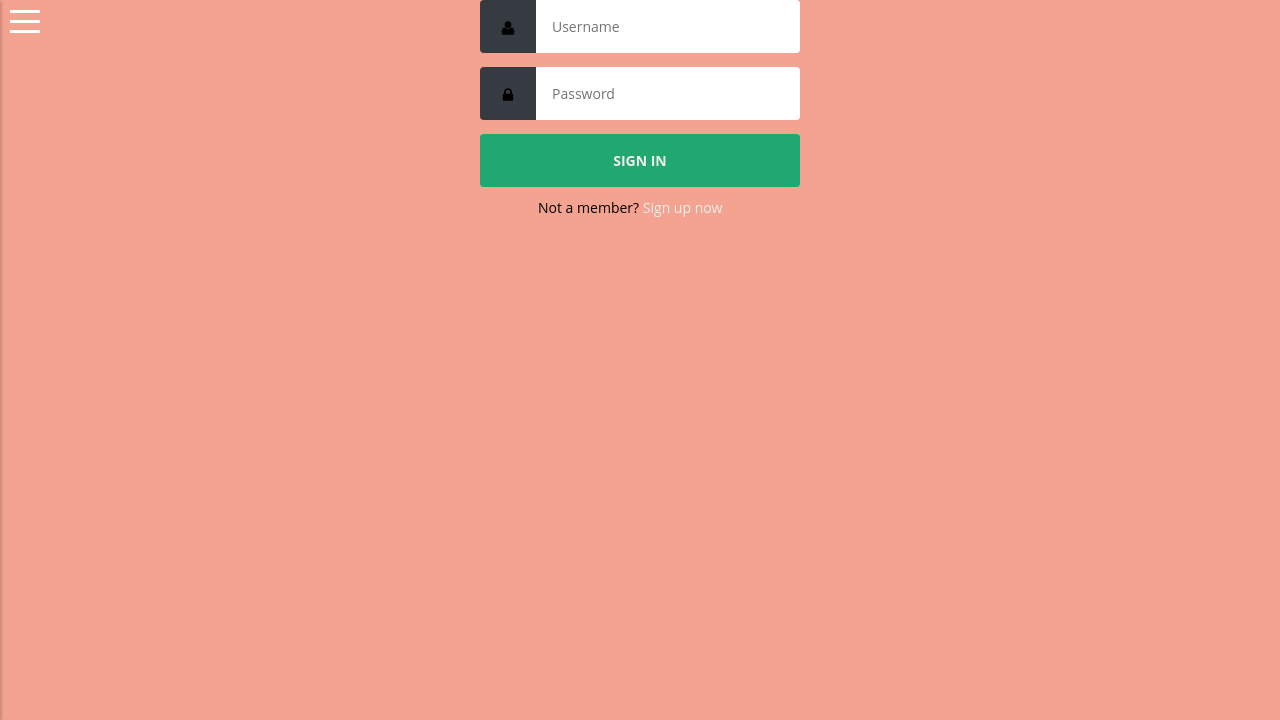
Repository: se-yoo/ChangeSeat
Page: http://localhost/ChangeSeat/signUp.jsp
These files come from the project's save history. The page is drawn as it stood at one moment and after the next save; the edit follows.
The browser window is 1280 px wide. The pictures show the whole page.
Some web libraries are served in a nearby version. The page is served by Tomcat 9.

Above is the page before, as saved 2018-06-25 09:36:30.

### ChangeSeat/WebContent/signUp.jsp
<%@ page language="java" contentType="text/html; charset=UTF-8"
    pageEncoding="UTF-8"%>
<jsp:forward page="templateTest.jsp">
	<jsp:param name="CONTENTPAGE" value="loginProc.jsp"/>
</jsp:forward>

### ChangeSeat/WebContent/templateTest.jsp
<%@ page language="java" contentType="text/html; charset=UTF-8"
    pageEncoding="UTF-8"%>
<!DOCTYPE html>
<html>
<head>
<meta charset="UTF-8">
<title>자리바꾸기</title>
<meta name="viewport" content="width=device-width, initial-scale=1">
 <title>Side Menu</title>
 <link rel="stylesheet" href="templateStyle.css">
 <link href='https://fonts.googleapis.com/css?family=Pacifico' rel='stylesheet' type='text/css'>
 <script src="//ajax.googleapis.com/ajax/libs/jquery/1.6.1/jquery.min.js" type="text/javascript"></script>
 <script>
$(document).ready(function(){
  /*
  $(".first").mouseover(function(){
    $(".second").css("background-color", '#6b81d5');
    $(".first").css("background-color", '#D56B81');

  });
  $(".second").mouseover(function(){
    $(".second").css("background-color", '#8a6bd5');
    $(".first").css("background-color", '#6bd5bf');

  });
  */
  $(".wrap").click(function(){
    $(".top").toggleClass("addedtop");
    $(".mid").toggleClass("addedmid");
    $(".bot").toggleClass("addedbot");
$(".side").toggleClass("triggered");
    $(".sidebtn").toggleClass("sideopacity");


  });

}); //final
</script>
</head>
<body>
<%
	String contentpage=request.getParameter("CONTENTPAGE");
%>
  <div class="wrap">
<span class="line top"></span>
  <span class="line mid"></span>
  <span class="line bot"></span>
  </div>
  <div class="side">
    <a href="main.jsp" class="sidebtn">홈</a>
    <a href="#" class="sidebtn">자리바꾸기</a>
    <a href="#" class="sidebtn">조편성</a>
    <a href="#" class="sidebtn">정보관리</a>
  </div>
  <jsp:include page="<%= contentpage %>"></jsp:include>
</body>
</html>

### ChangeSeat/WebContent/loginProc.jsp
<%@ page language="java" contentType="text/html; charset=UTF-8"
	pageEncoding="UTF-8"%>
<!DOCTYPE html>
<html>
<head>
<meta content="text/html; charset=UTF-8">
<title></title>
 <link rel="stylesheet" href="loginStyle.css">
</head>
<body>
	<div class="grid">

    <form action="https://httpbin.org/post" method="POST" class="form login">

      <div class="form__field">
        <label for="login__username"><svg class="icon"><use xmlns:xlink="http://www.w3.org/1999/xlink" xlink:href="#user"></use></svg><span class="hidden">Username</span></label>
        <input id="login__username" type="text" name="username" class="form__input" placeholder="Username" required>
      </div>

      <div class="form__field">
        <label for="login__password"><svg class="icon"><use xmlns:xlink="http://www.w3.org/1999/xlink" xlink:href="#lock"></use></svg><span class="hidden">Password</span></label>
        <input id="login__password" type="password" name="password" class="form__input" placeholder="Password" required>
      </div>

      <div class="form__field">
        <input type="submit" value="Sign In">
      </div>

    </form>

    <p class="text--center">Not a member? <a href="#">Sign up now</a> <svg class="icon"><use xmlns:xlink="http://www.w3.org/1999/xlink" xlink:href="assets/images/icons.svg#arrow-right"></use></svg></p>

  </div>

	  <svg xmlns="http://www.w3.org/2000/svg" class="icons"><symbol id="arrow-right" viewBox="0 0 1792 1792">
	  <path d="M1600 960q0 54-37 91l-651 651q-39 37-91 37-51 0-90-37l-75-75q-38-38-38-91t38-91l293-293H245q-52 0-84.5-37.5T128 1024V896q0-53 32.5-90.5T245 768h704L656 474q-38-36-38-90t38-90l75-75q38-38 90-38 53 0 91 38l651 651q37 35 37 90z"/>
	  </symbol><symbol id="lock" viewBox="0 0 1792 1792">
	  <path d="M640 768h512V576q0-106-75-181t-181-75-181 75-75 181v192zm832 96v576q0 40-28 68t-68 28H416q-40 0-68-28t-28-68V864q0-40 28-68t68-28h32V576q0-184 132-316t316-132 316 132 132 316v192h32q40 0 68 28t28 68z"/>
	  </symbol><symbol id="user" viewBox="0 0 1792 1792"><path d="M1600 1405q0 120-73 189.5t-194 69.5H459q-121 0-194-69.5T192 1405q0-53 3.5-103.5t14-109T236 1084t43-97.5 62-81 85.5-53.5T538 832q9 0 42 21.5t74.5 48 108 48T896 971t133.5-21.5 108-48 74.5-48 42-21.5q61 0 111.5 20t85.5 53.5 62 81 43 97.5 26.5 108.5 14 109 3.5 103.5zm-320-893q0 159-112.5 271.5T896 896 624.5 783.5 512 512t112.5-271.5T896 128t271.5 112.5T1280 512z"/></symbol></svg>

</body>
</html>

### ChangeSeat/WebContent/templateStyle.css
@CHARSET "UTF-8";
@font-face{
	font-family:yangFont;
	src:url('yangfont05.ttf') format('truetype');
}
@font-face{
	font-family:Nanum;
	src:url('NanumBarunGothicLight.ttf') format('truetype');
}
body {
  background-color:#f4a391;
  margin: 0;
  padding: 0;
  font-family:Nanum;
}
html,body {
 height:100%;
}
.line {
 display: block;
  height:3px;
  width:30px;
  background-color:white;
  margin-top:5px;
  position: absolute;
  top:0;

  transition: all .4s ease-in-out;
}
.wrap {
 height:80px;
  position: relative;
  top:5px;
  left:10px;
  width: 30px;
  z-index: +150;
  cursor: pointer;
  height:30px;
  position: fixed;
}

.mid {
 top:10px;
}
.bot {
top:20px;
}

.addedmid {
  transform: rotate(135deg);
}
.addedtop {
  transform: rotate(45deg);
  top:10px;
}
.addedbot {
 opacity: 0;
}
.side {
	font-family: yangFont;
	width:20%;
  	position: fixed;
  	height:100%;
  	text-align: center;
  	left:-20%;
  	z-index: 80;
  	box-shadow: 0 1px 4px 0 rgba(0,0,0,0.37);
  	top:0;
  	background-color: #21a770;
  	transition: all .5s ease-in-out;
}
.sidebtn {
 text-decoration: none;
  display: block;
  color:white;
  font-size:35px;
  opacity:0;
  width:50%;
  position: relative;
  left:25%;
  top:25%;
  white-space: nowrap;
  line-height:100px;
  transition:all .25s ease-in-out;

}
.sideopacity  {
 opacity: 1;
  transition: all 1s ease-in-out;
}
.sidebtn:hover {
  text-shadow: 2px 2px rgba(0, 0, 0, 0.38);
}
.triggered {
 left:0;
}
.sidebtn::after {
 content: '';
  position: absolute;
  bottom:0;
  left:50%;
  width:0%;
  height:5px;
  background-color: white;
  transition: all .3s ease-out;
}
.sidebtn:hover::after {
 width: 100%;
  left:0;
  box-shadow: 2px 2px rgba(0, 0, 0, 0.38);
}

### ChangeSeat/WebContent/loginStyle.css
@CHARSET "UTF-8";
@font-face{
	font-family:yangFont;
	src:url('yangfont05.ttf') format('truetype');
}
@font-face{
	font-family:Nanum;
	src:url('NanumBarunGothicLight.ttf') format('truetype');
}
body{
	text-align:center;
	font-size:1.2em;
  color: var(--bodyColor);
  font-family: var(--bodyFontFamily), var(--bodyFontFamilyFallback);
  font-size: var(--bodyFontSize);
  font-weight: var(--bodyFontWeight);
  height: 100%;
  line-height: var(--bodyLineHeight);
  margin: 0;
  min-height: 100vh;
}

:root {
  --gridMaxWidth: 20rem;
  --gridWidth: 90%;
}

.grid {
  margin-left: auto;
  margin-right: auto;
  max-width: var(--gridMaxWidth);
  width: var(--gridWidth);
}

/* helpers/hidden.css */

.hidden {
  border: 0;
  clip: rect(0 0 0 0);
  height: 1px;
  margin: -1px;
  overflow: hidden;
  padding: 0;
  position: absolute;
  width: 1px;
}

/* helpers/icon.css */

:root {
  --iconFill: var(--baseColor);
}

.icons {
  display: none;
}

.icon {
  display: inline-block;
  fill: var(--iconFill);
  font-size: 1rem;
  height: 1em;
  vertical-align: middle;
  width: 1em;
}

/* layout/base.css */

:root {
  --htmlFontSize: 100%;

  --bodyBackgroundColor: #2c3338;
  --bodyColor: var(--baseColor);
  --bodyFontFamily: 'Open Sans';
  --bodyFontFamilyFallback: sans-serif;
  --bodyFontSize: 0.875rem;
  --bodyFontWeight: 400;
  --bodyLineHeight: 1.5;
}

* {
  box-sizing: inherit;
}

html {
  box-sizing: border-box;
  font-size: var(--htmlFontSize);
  height: 100%;
}
/* modules/anchor.css */

:root {
  --anchorColor: #eee;
}

a {
  color: var(--anchorColor);
  outline: 0;
  text-decoration: none;
}

a:focus,
a:hover {
  text-decoration: underline;
}

/* modules/form.css */

:root {
  --formFieldMargin: 0.875rem;
}

input {
  background-image: none;
  border: 0;
  color: inherit;
  font: inherit;
  margin: 0;
  outline: 0;
  padding: 0;
  transition: background-color 0.3s;
}

input[type='submit'] {
  cursor: pointer;
}

.form {
  margin: calc(var(--formFieldMargin) * -1);
}

.form input[type='password'],
.form input[type='text'],
.form input[type='submit'] {
  width: 100%;
}

.form__field {
  display: flex;
  margin: var(--formFieldMargin);
}

.form__input {
  flex: 1;
}

/* modules/login.css */

:root {
  --loginBorderRadus: 0.25rem;
  --loginColor: #eee;

  --loginInputBackgroundColor: #3b4148;
  --loginInputHoverBackgroundColor: #434a52;

  --loginLabelBackgroundColor: #363b41;

  --loginSubmitBackgroundColor: #ea4c88;
  --loginSubmitColor: #eee;
  --loginSubmitHoverBackgroundColor: #d44179;
}

.login {
  color: var(--loginColor);
}

.login label,
.login input[type='text'],
.login input[type='password'],
.login input[type='submit'] {
  border-radius: var(--loginBorderRadus);
  padding: 1rem;
}

.login label {
  background-color: var(--loginLabelBackgroundColor);
  border-bottom-right-radius: 0;
  border-top-right-radius: 0;
  padding-left: 1.25rem;
  padding-right: 1.25rem;
}

.login input[type='password'],
.login input[type='text'] {
  background-color: d5bbb6;
  border-bottom-left-radius: 0;
  border-top-left-radius: 0;
}

.login input[type='password']:focus,
.login input[type='password']:hover,
.login input[type='text']:focus,
.login input[type='text']:hover {
  background-color:#d5bbb6;
}

.login input[type='submit'] {
  background-color: #21a770;
  color: var(--loginSubmitColor);
  font-weight: 700;
  text-transform: uppercase;
}

.login input[type='submit']:focus,
.login input[type='submit']:hover {
  background-color: white;
  color:#21a770;
}

/* modules/text.css */

:root {
  --paragraphMarginBottom: 1.5rem;
  --paragraphMarginTop: 1.5rem;
}

p {
  margin-bottom: var(--paragraphMarginBottom);
  margin-top: var(--paragraphMarginTop);
}

.text--center {
  text-align: center;
}

After the next save:
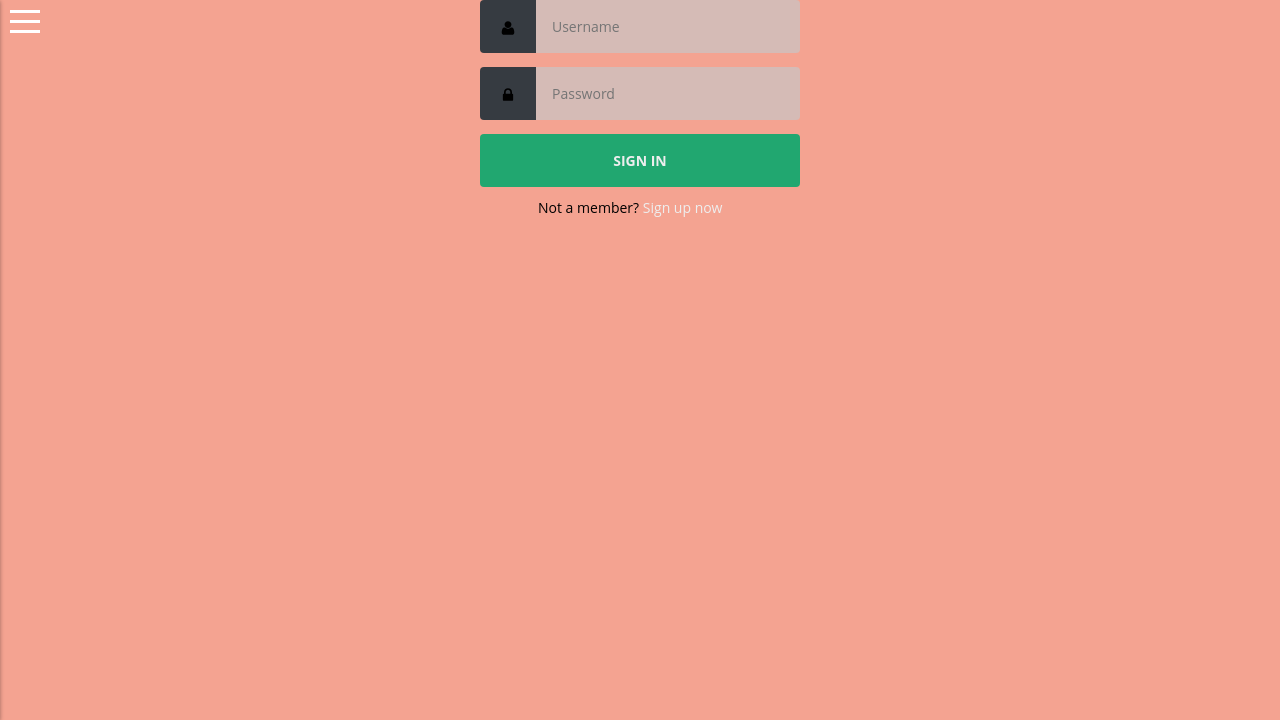
Saved 8 s later.
--- a/ChangeSeat/WebContent/loginStyle.css
+++ b/ChangeSeat/WebContent/loginStyle.css
@@ -182,7 +182,7 @@
 
 .login input[type='password'],
 .login input[type='text'] {
-  background-color: d5bbb6;
+  background-color: #d5bbb6;
   border-bottom-left-radius: 0;
   border-top-left-radius: 0;
 }

After the save that followed:
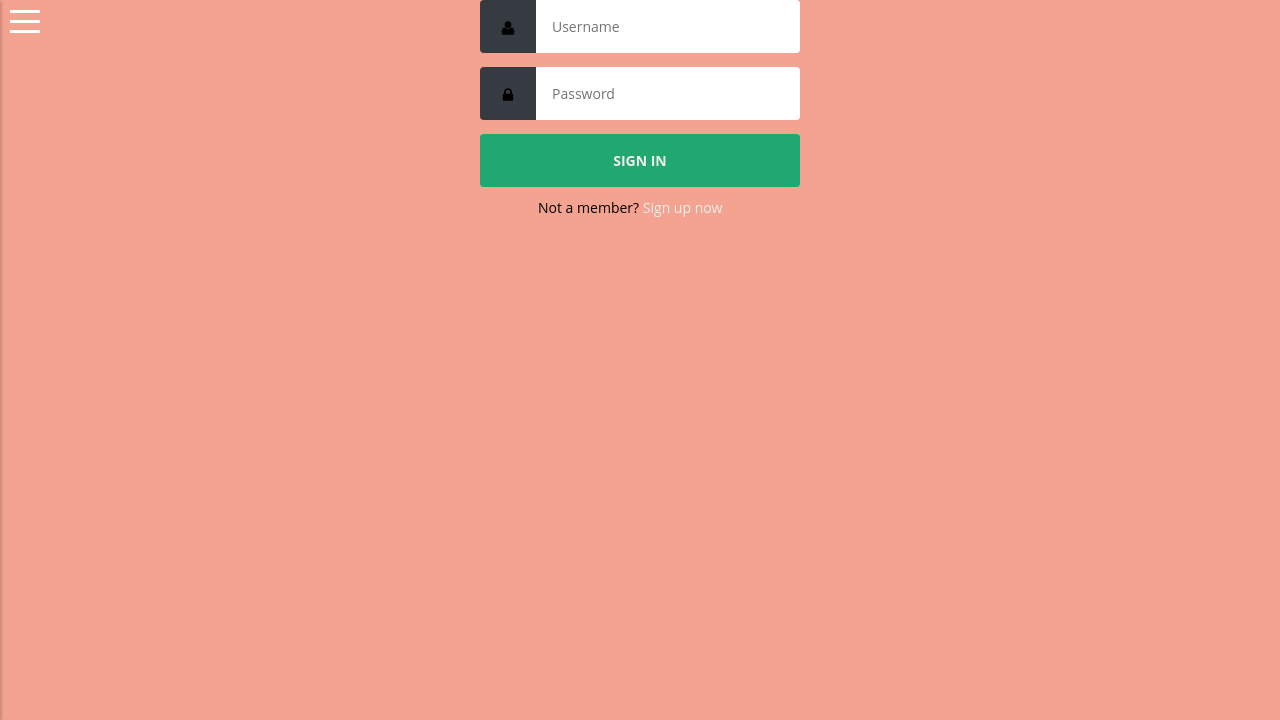
Saved 36 s later.
--- a/ChangeSeat/WebContent/loginStyle.css
+++ b/ChangeSeat/WebContent/loginStyle.css
@@ -182,7 +182,7 @@
 
 .login input[type='password'],
 .login input[type='text'] {
-  background-color: #d5bbb6;
+  background-color: white;
   border-bottom-left-radius: 0;
   border-top-left-radius: 0;
 }
@@ -191,7 +191,7 @@
 .login input[type='password']:hover,
 .login input[type='text']:focus,
 .login input[type='text']:hover {
-  background-color:#d5bbb6;
+  background-color:white;
 }
 
 .login input[type='submit'] {
